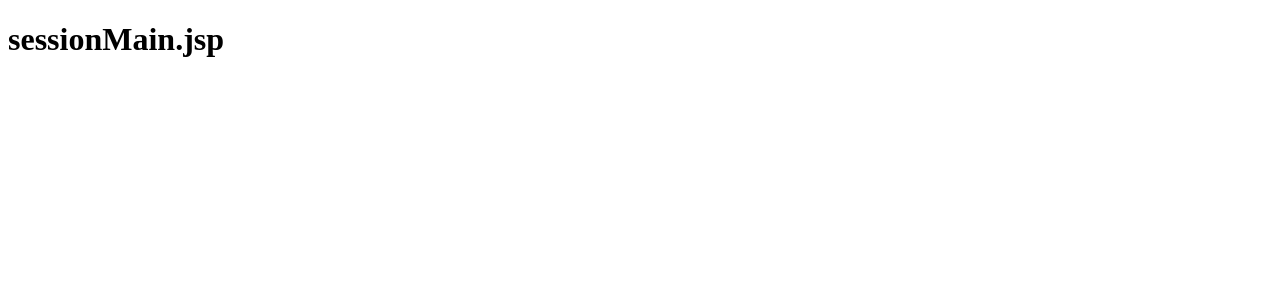
Repository: HeeYoung9/young9
Page: http://localhost/JSP7/jsp/sessionMain.jsp
The author's editor kept a copy of each file at every save. The page is drawn from the files as they stood at one save, then again after the next save.
The browser window is 1280 px wide. The pictures show the whole page.
The page is served by Tomcat 9.

Above is the page before, as saved 2023-08-24 05:51:00.

### JSP7/src/main/webapp/jsp/sessionMain.jsp
<%@ page language="java" contentType="text/html; charset=UTF-8"
    pageEncoding="UTF-8"%>
<!DOCTYPE html>
<html>
<head>
<meta charset="UTF-8">
<title>sessionMain</title>
</head>
<body>
<h1>sessionMain.jsp</h1>

</body>
</html>

After the next save:
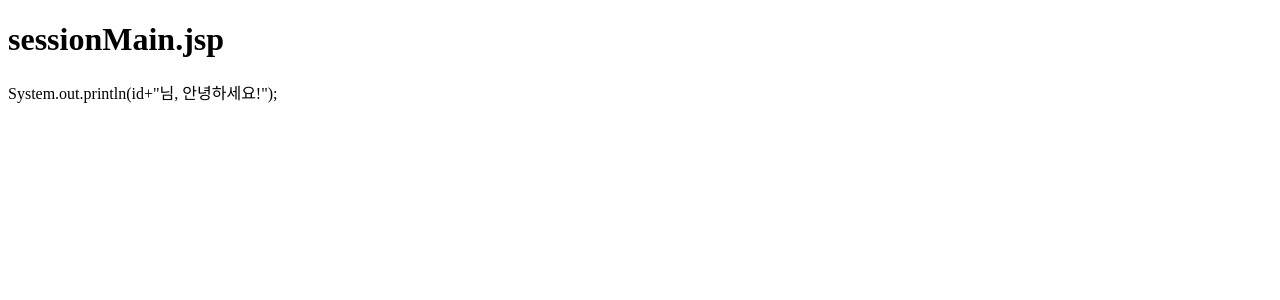
Saved 19 min 2 s later.
--- a/JSP7/src/main/webapp/jsp/sessionMain.jsp
+++ b/JSP7/src/main/webapp/jsp/sessionMain.jsp
@@ -8,6 +8,11 @@
 </head>
 <body>
 <h1>sessionMain.jsp</h1>
-
+<!-- ㅇㅇㅇㅇ님, 안녕하세요.  출력
+*아이디 정보가 없는 경우(로그인x) 로그인 페이지로 이동-->
+<%
+	String id = request.getParameter("id");
+%>
+System.out.println(id+"님, 안녕하세요!");
 </body>
 </html>

After the save that followed:
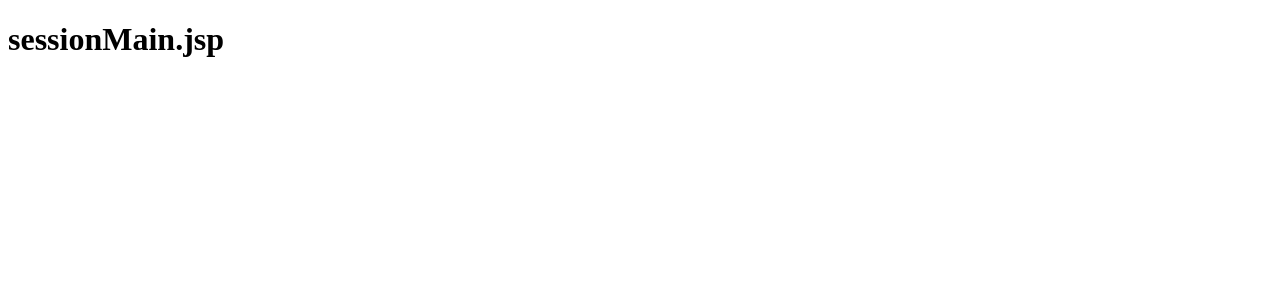
Saved 16 s later.
--- a/JSP7/src/main/webapp/jsp/sessionMain.jsp
+++ b/JSP7/src/main/webapp/jsp/sessionMain.jsp
@@ -12,7 +12,9 @@
 *아이디 정보가 없는 경우(로그인x) 로그인 페이지로 이동-->
 <%
 	String id = request.getParameter("id");
+
+	System.out.println(id+"님, 안녕하세요!");
 %>
-System.out.println(id+"님, 안녕하세요!");
+
 </body>
 </html>
